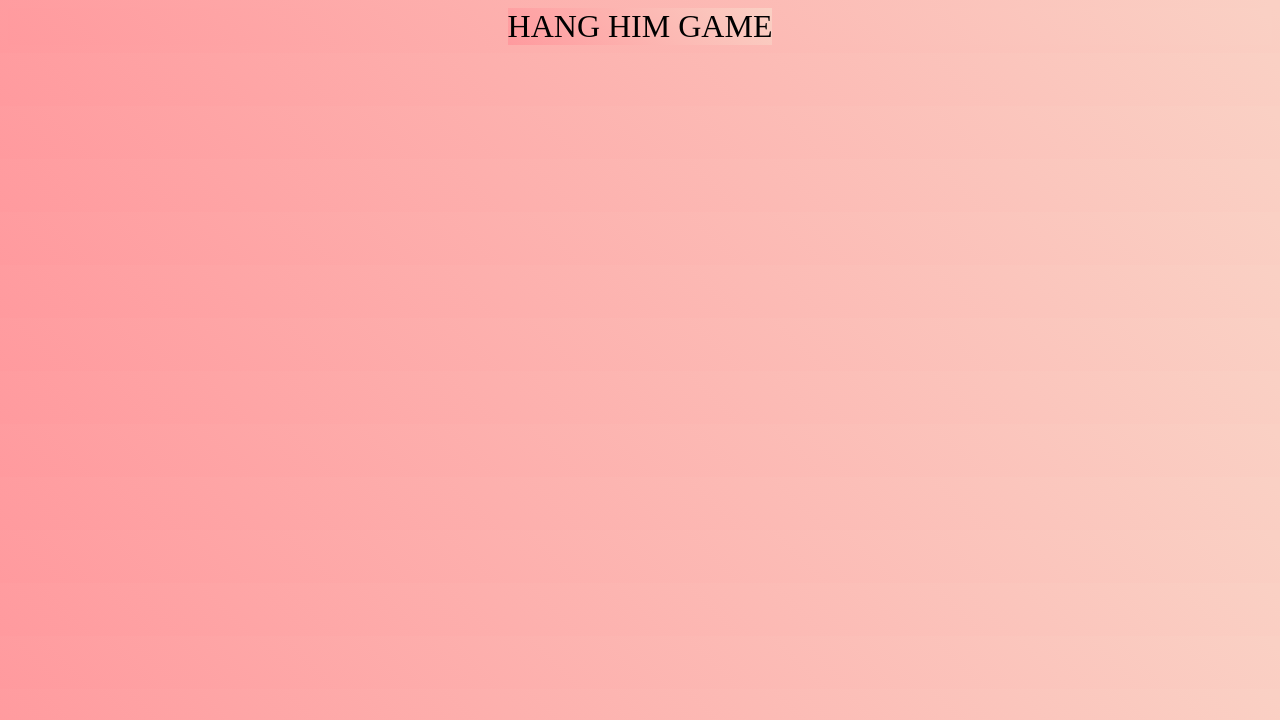
Repository: leandroBarbosaFR/Game-HangHim
Page: index.html
The author's editor kept a copy of each file at every save. The page is drawn from the files as they stood at one save, then again after the next save.
The browser window is 1280 px wide. The pictures show the whole page.

Above is the page before, as saved 2022-07-22 17:49:12.

After the next save:
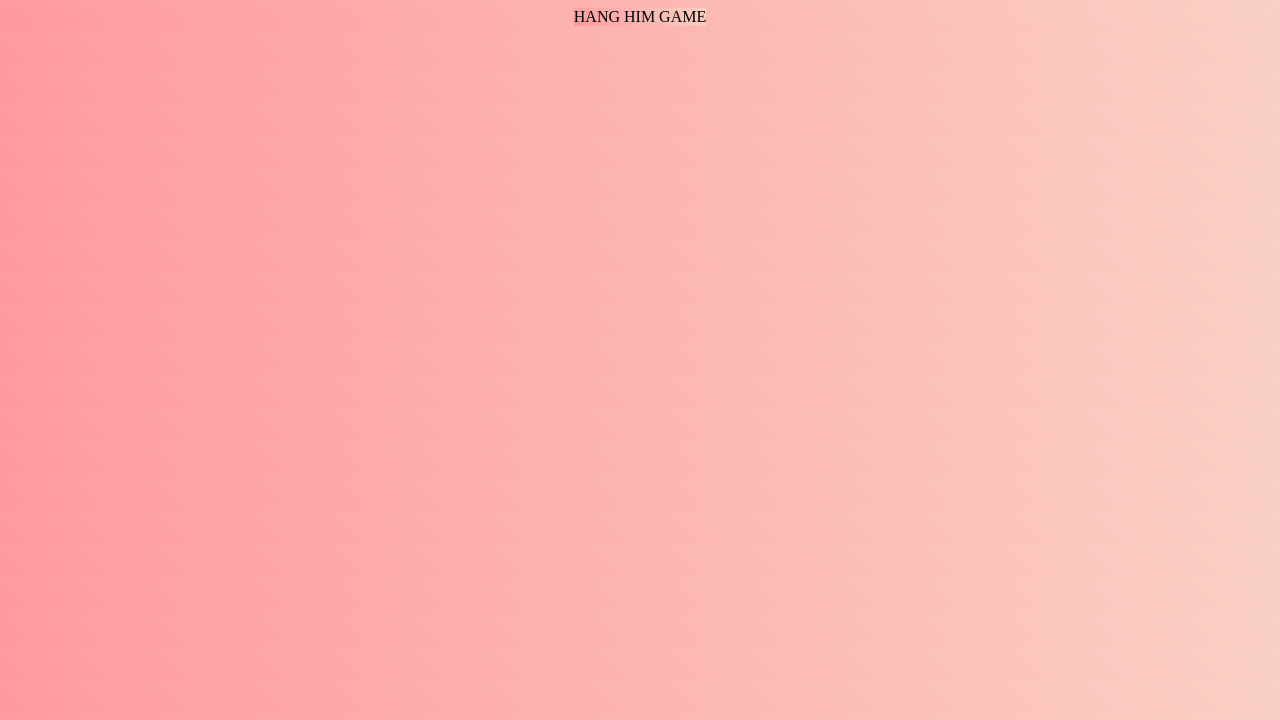
Saved 56 s later.
--- a/style.css
+++ b/style.css
@@ -9,5 +9,5 @@
   justify-content: center;
   align-items: center;
   flex-direction: column;
-  font-size: xx-large;
+  font-size: ;
 }
